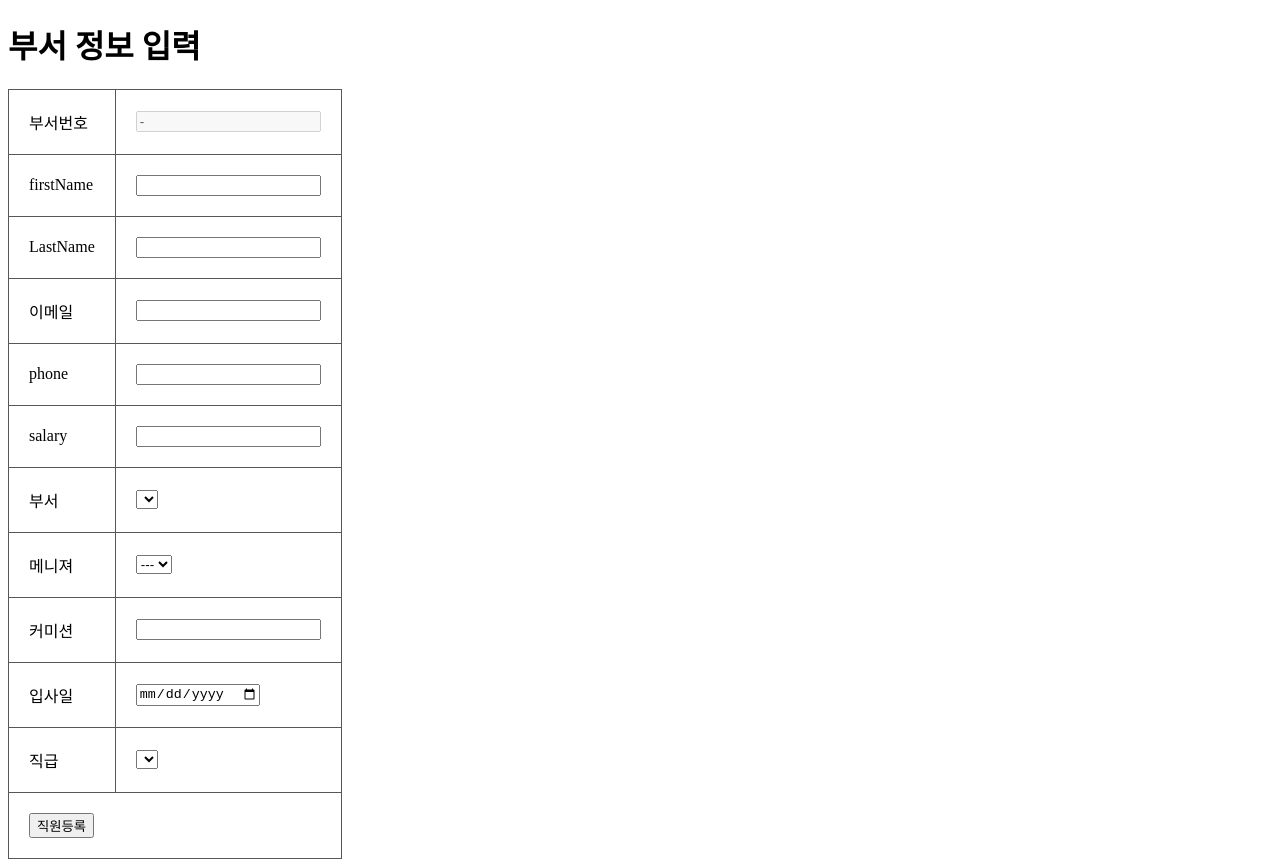
Repository: leessol/spring1
Page: http://localhost/springMVCProject/WEB-INF/views/dept/deptInset.jsp
An editor plug-in stored every save of this project. The page is shown before and after the next save, followed by the edit.
The browser window is 1280 px wide. The pictures show the whole page.
The page is served by Tomcat 9. Nobody is signed in. Other server files are loaded and not shown. The template is opened directly, without the code that normally fills it, so the values that code supplies are empty.

Above is the page before, as saved 2023-05-08 03:50:24.

### springMVCProject/src/main/webapp/WEB-INF/views/dept/deptInset.jsp
<%@ page language="java" contentType="text/html; charset=UTF-8"
    pageEncoding="UTF-8" errorPage="errorPage.jsp"%>


<!DOCTYPE html>
<html>
<head>
<meta charset="UTF-8">
<title>부서등록</title>
<%-- <%@ include file ="../common/commonfiles.jsp" %>
 --%>

<style>
table{
	border: 1px solid #585858;
	border-collapse: collapse;
}

td {
	padding: 20px;
	border: 1px solid #585858;
}
</style>
</head>
<body>

<%-- <%@ include file="../common/header.jsp" %>
 --%><h1>부서 정보 입력</h1>




<form method="post" action="/dept/deptInsert.do">
<table>
  <tr  class="form-floating">
    <td><label for="department_id">부서번호</label></td>
    <td><input class="form-control"  type="text"
    name="department_id" id="department_id"
    required="required"
    placeholder="부서번호는sequence처리함"
    autofocus="autofocus"
    value="-"
   disabled="disabled"></td>
  </tr>
  <tr>
    <td>firstName</td>
    <td><input type="text" name="first_name"></td>
  </tr>
  <tr>
    <td>LastName</td>
    <td><input type="text" name="last_name" required="required"></td>
  </tr>
  <tr>
    <td>이메일</td>
    <td><input type="email" name="email" required="required"></td>
  </tr>
  <tr>
    <td>phone</td>
    <td><input type="tel" name="phone_number" pattern="010-[0-9]{4}-[0-9]{4}"></td>
  </tr>
  <tr>
    <td>salary</td>
    <td><input type="number" name="salary" ></td>
  </tr>
  <tr>
    <td>부서</td>
    <td>
    <select name="department_id">
    	<c:forEach items="${deptList}" var="dept">
    		<!-- 디비에 들어가는 것은 id값이 들어가야 하니깐 value에는 id로 한다.  -->
    		<option value="${dept.department_id}">${dept.department_name}</option>
    	</c:forEach>
    </select>
    </td>
  </tr>
  <tr>
    <td>메니져</td>
    <td>
    <select name="manager_id">
    	<c:forEach items="${managerList}" var="manager">
    		<!-- 디비에 들어가는 것은 id값이 들어가야 하니깐 value에는 id로 한다.  -->
    		<option value="${manager.employee_id}">${manager.first_name}---${manager.last_name}</option>
    	</c:forEach>
    </select>
    </td>
  </tr>
  <tr>
    <td>커미션</td>
    <td><input type="text" name="commission_pct" ></td>
  </tr>
  <tr>
    <td>입사일</td>
    <td><input type="date" name="hire_date" required="required"></td>
  </tr>
  <tr>
    <td>직급</td>
    <td>
    <select name="job_id">
    	<c:forEach items="${jobList}" var="job">
    		<!-- 디비에 들어가는 것은 id값이 들어가야 하니깐 value에는 id로 한다.  -->
    		<option value="${job.job_id}">${job.job_title}</option>
    	</c:forEach>
    </select>
    </td>
  </tr>
  <tr>
    <td colspan="2">
       <input type="submit" value="직원등록">
    </td>
  </tr>
</table>
</form>
</body>
</html>

After the next save:
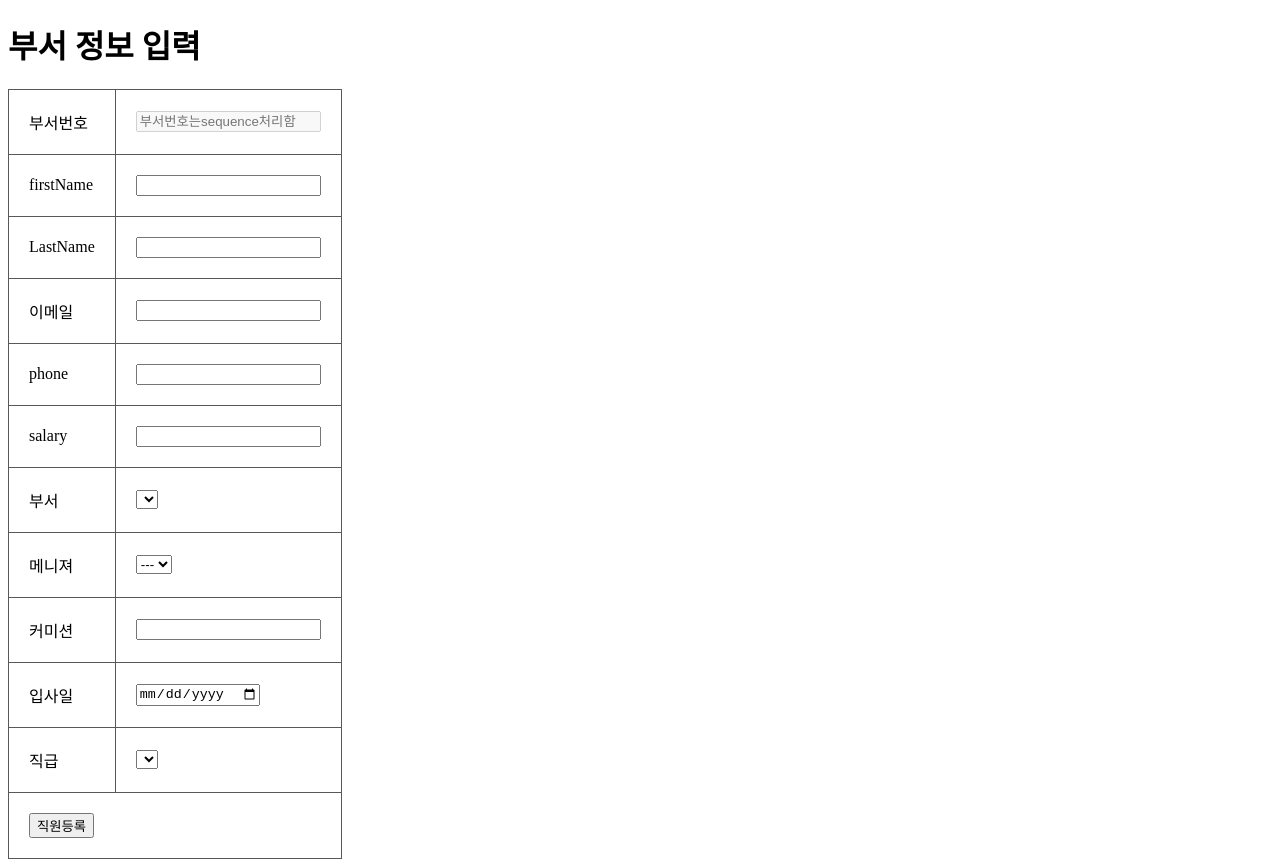
Saved 15 s later.
--- a/springMVCProject/src/main/webapp/WEB-INF/views/dept/deptInset.jsp
+++ b/springMVCProject/src/main/webapp/WEB-INF/views/dept/deptInset.jsp
@@ -39,7 +39,6 @@
     required="required"
     placeholder="부서번호는sequence처리함"
     autofocus="autofocus"
-    value="-"
    disabled="disabled"></td>
   </tr>
   <tr>

After the save that followed:
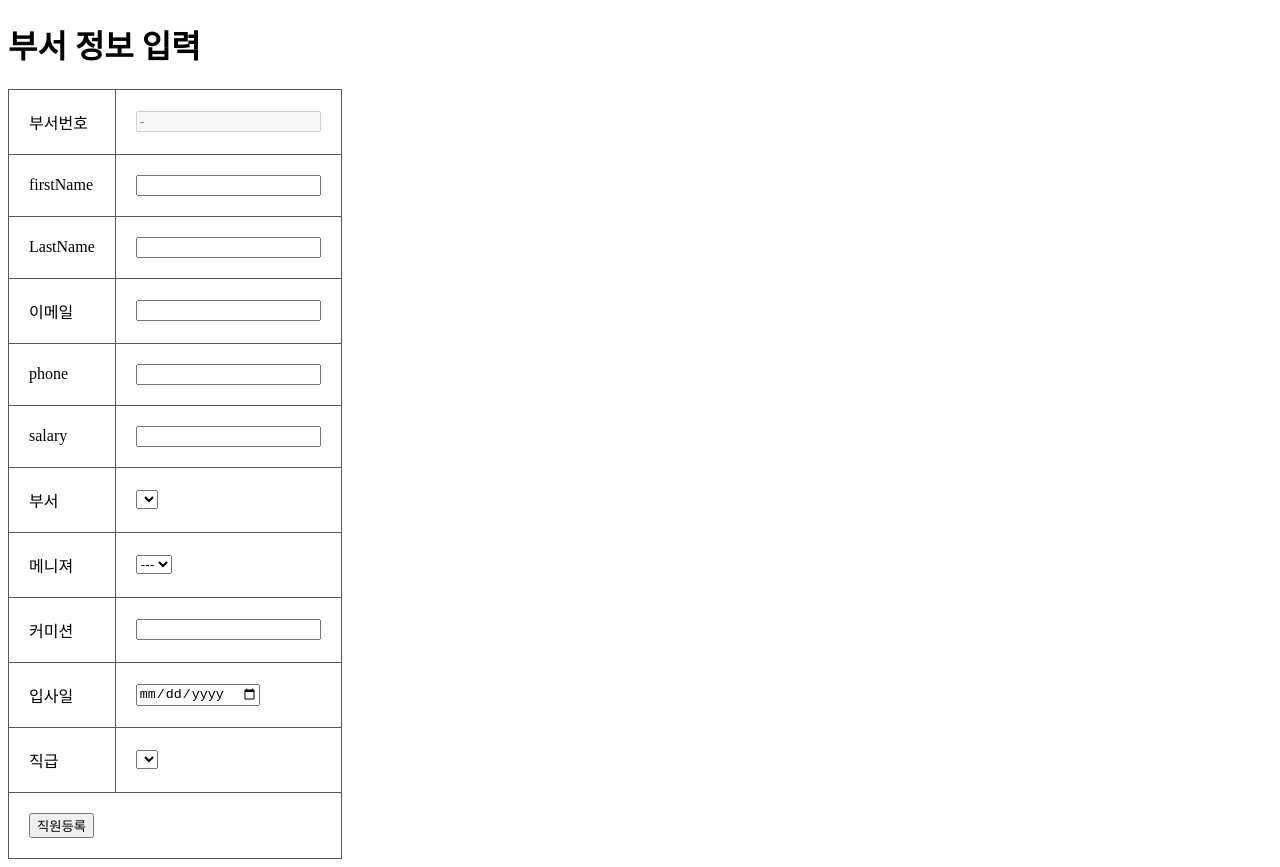
Saved 14 s later.
--- a/springMVCProject/src/main/webapp/WEB-INF/views/dept/deptInset.jsp
+++ b/springMVCProject/src/main/webapp/WEB-INF/views/dept/deptInset.jsp
@@ -37,7 +37,7 @@
     <td><input class="form-control"  type="text"
     name="department_id" id="department_id"
     required="required"
-    placeholder="부서번호는sequence처리함"
+    placeholder="-"
     autofocus="autofocus"
    disabled="disabled"></td>
   </tr>
